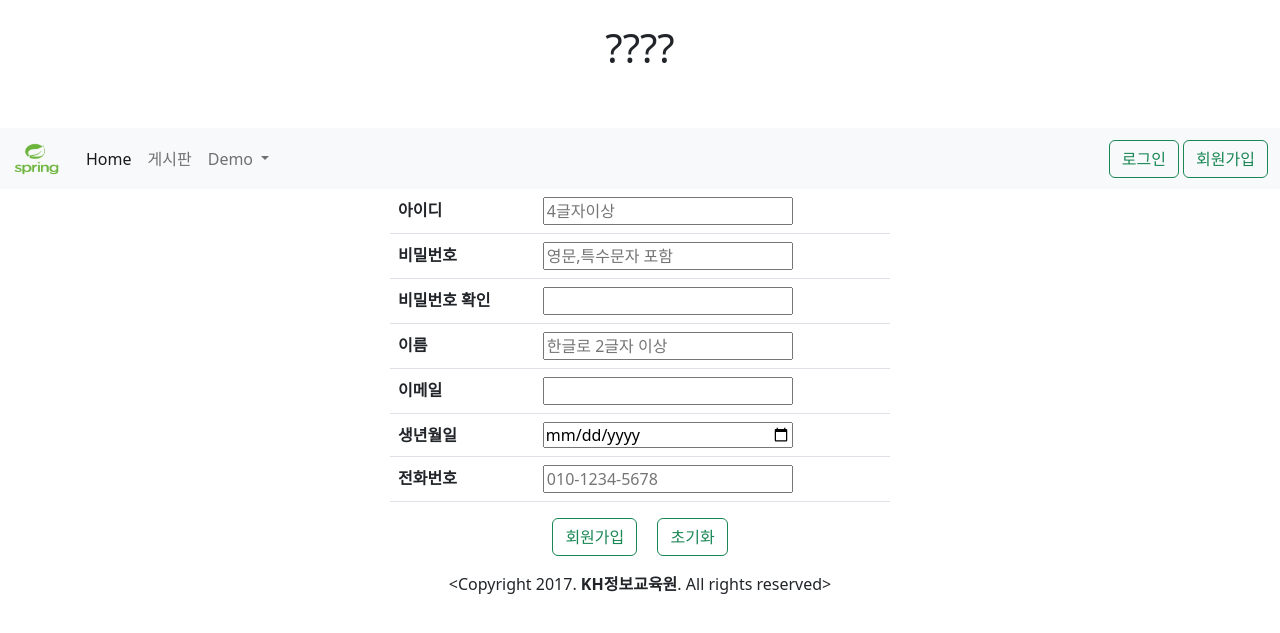
Repository: yerimeee/06_springWork
Page: http://localhost/springProject/WEB-INF/views/board/boardForm.jsp
The author's editor kept a copy of each file at every save. The page is drawn from the files as they stood at one save, then again after the next save.
The browser window is 1280 px wide. The pictures show the whole page.
The page is served by Tomcat 9. Nobody is signed in. The template is opened directly, without the code that normally fills it, so the values that code supplies are empty.

Above is the page before, as saved 2023-06-19 01:04:30.

After the next save:
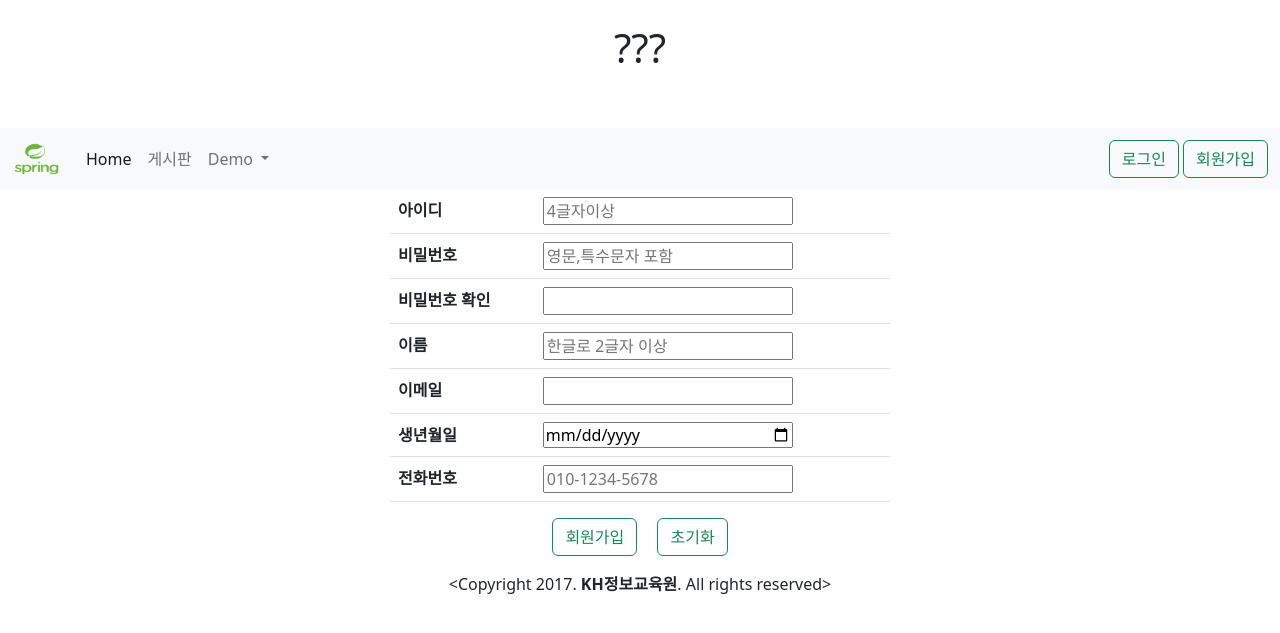
Saved 7 min 30 s later.
--- a/springProject/src/main/webapp/WEB-INF/views/board/boardForm.jsp
+++ b/springProject/src/main/webapp/WEB-INF/views/board/boardForm.jsp
@@ -10,10 +10,10 @@
 	.error {color:red;}
 </style>
 <jsp:include page="/WEB-INF/views/common/header.jsp">
-	<jsp:param value="회원가입" name="title"/>
+	<jsp:param value="글쓰기" name="title"/>
 </jsp:include>
 	<div id="container">
-		<form action="${pageContext.request.contextPath}/member/memberEnroll.me" method="post" name="enrollfrm">
+		<form action="${pageContext.request.contextPath}/board/boardEnroll.bo" method="post" name="enrollfrm" enctype="multipart/form">
 			<table class="table">
 				<tr>
 					<th scope="col">아이디</th>
